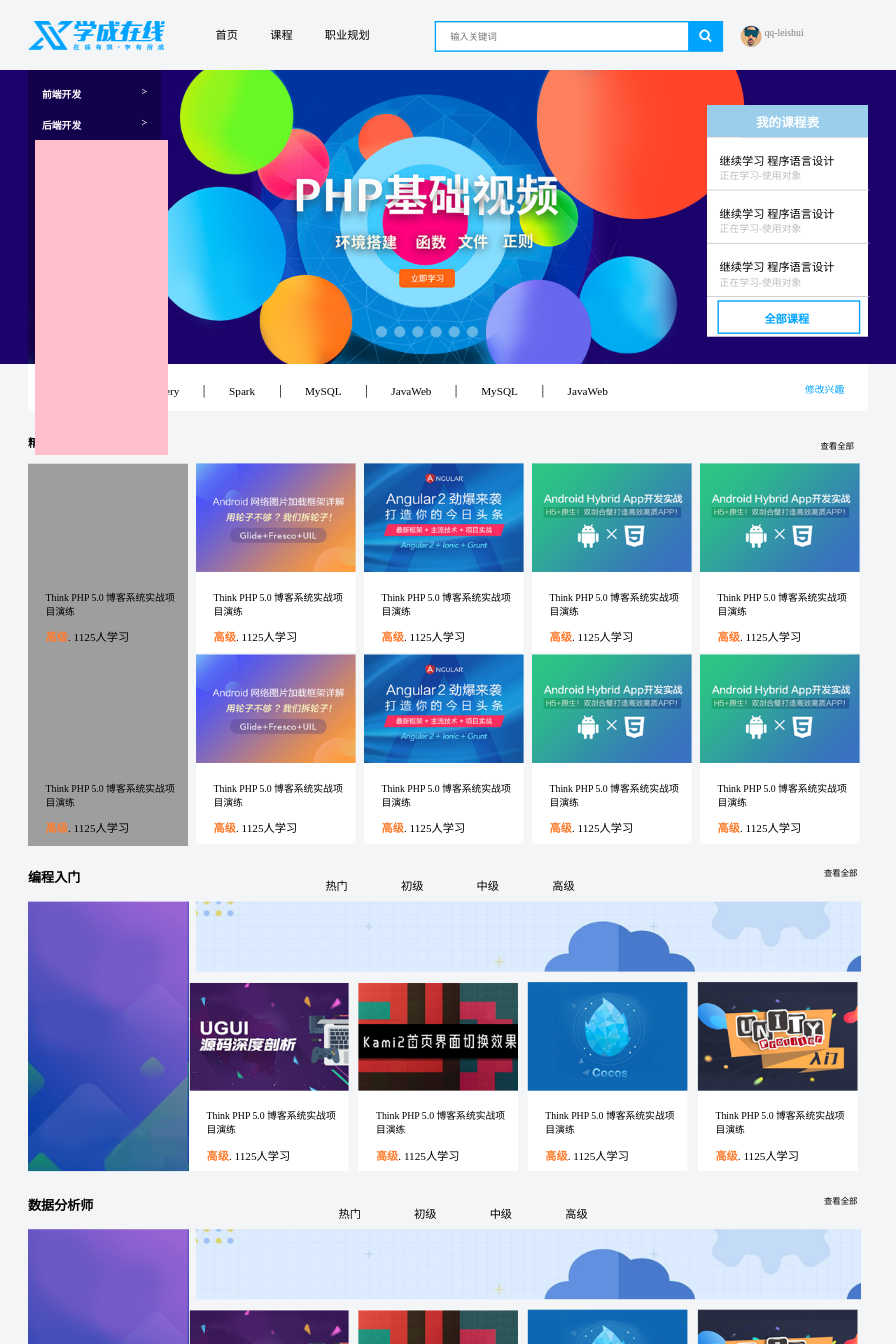
Repository: try-18/web-page-1
Page: index.html
These files come from the project's save history. The page is drawn as it stood at one moment and after the next save; the edit follows.
The browser window is 1280 px wide. The pictures show the part of the page from y = 0 to 1920 px (the page is 3340 px tall), at 70% of full size.
Pictures or frames that could not be fetched are drawn as grey boxes.

Above is the page before, as saved 2021-11-02 11:50:19.

After the next save:
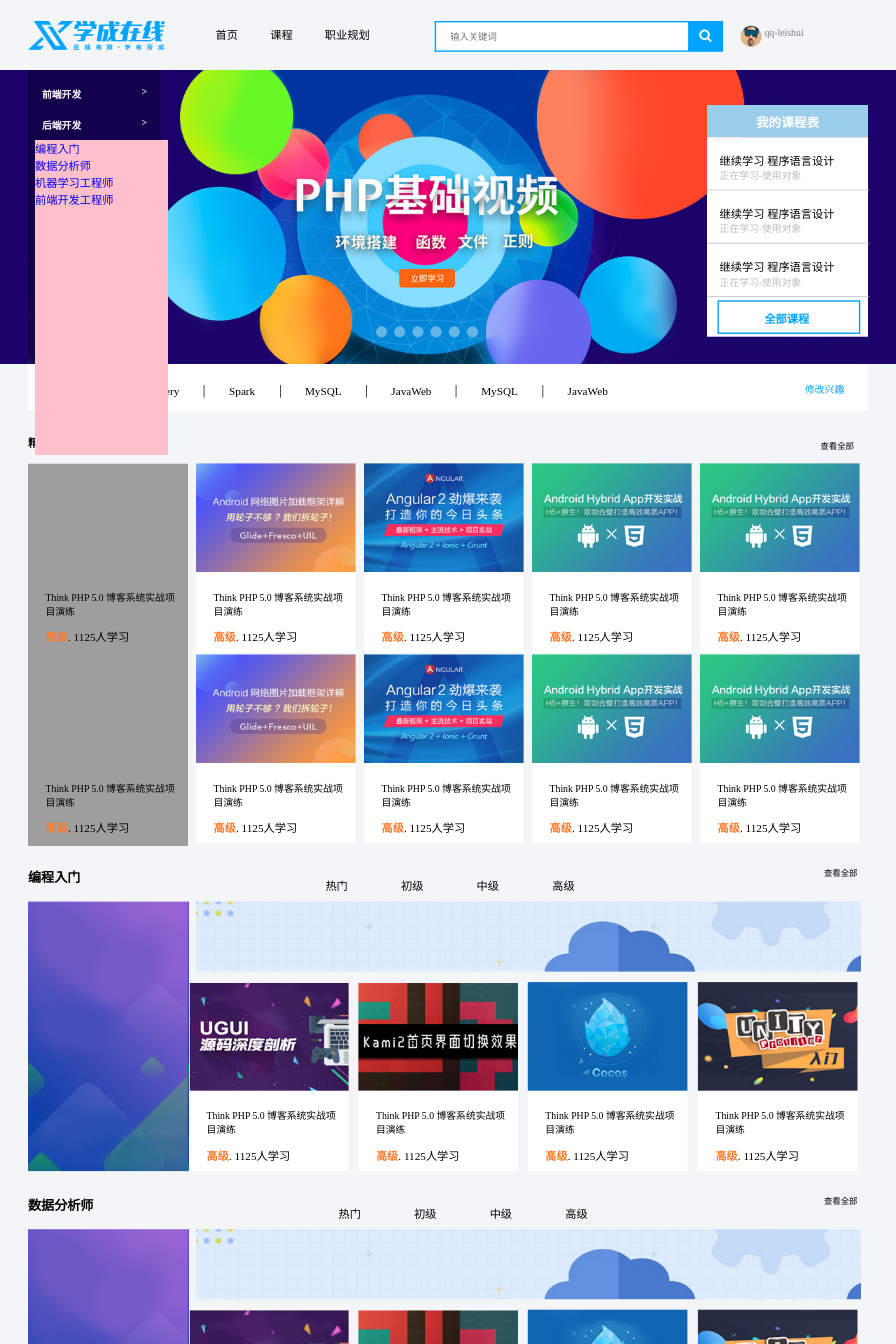
Saved 62 s later.
--- a/index.html
+++ b/index.html
@@ -488,7 +488,12 @@
         </div>
     </div>
     <div class="left">
-
+        <ul>
+            <li><a href="#">编程入门</a></li>
+            <li><a href="#">数据分析师</a></li>
+            <li><a href="#">机器学习工程师</a></li>
+            <li><a href="#">前端开发工程师</a></li>
+        </ul>
     </div>
 </body>
 
